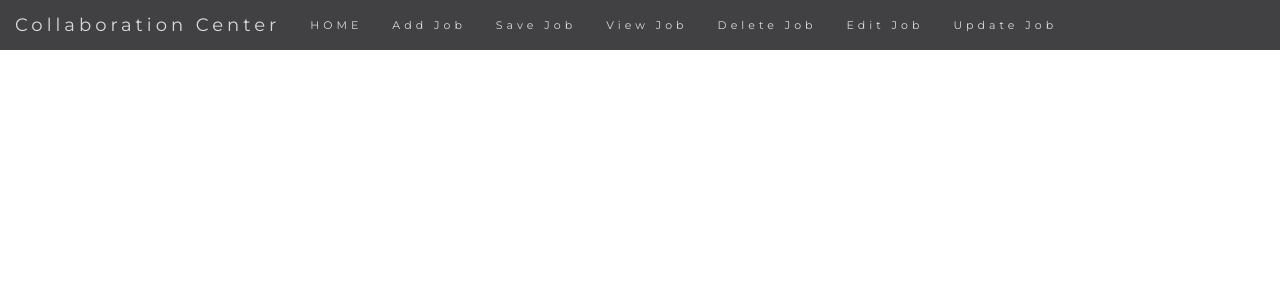
Repository: MokashiN/TestRepository
Page: http://localhost/MyChatApp/WEB-INF/views/headerUtility1.jsp
These files come from the project's save history. The page is drawn as it stood at one moment and after the next save; the edit follows.
The browser window is 1280 px wide. The pictures show the whole page.
The page is served by Tomcat 9. Nobody is signed in. The template is opened directly, without the code that normally fills it, so the values that code supplies are empty.

Above is the page before, as saved 2016-08-29 11:08:55.

After the next save:
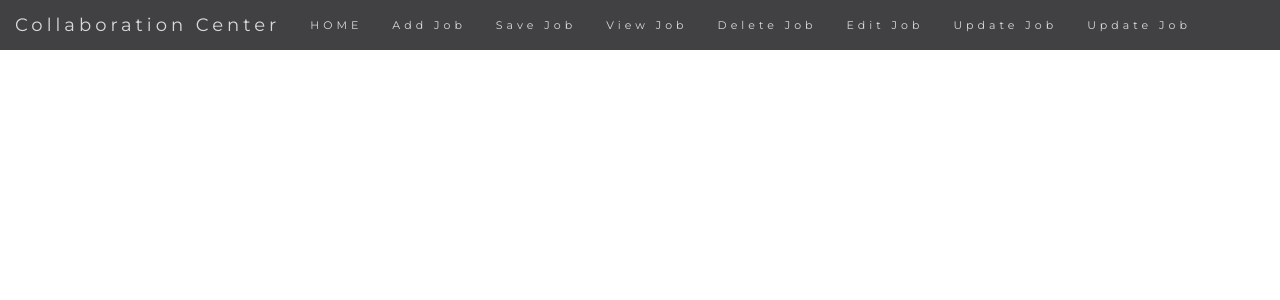
Saved 4 s later.
--- a/MyChatApp/src/main/webapp/WEB-INF/views/headerUtility1.jsp
+++ b/MyChatApp/src/main/webapp/WEB-INF/views/headerUtility1.jsp
@@ -223,6 +223,7 @@ textarea {
 							<li><a href="<c:url value='/admin/JobDelete'/>">Delete Job</a></li>
 							<li><a href="<c:url value='/admin/JobEdit'/>">Edit Job</a></li>
 							<li><a href="<c:url value='/admin/updateJob'/>">Update Job</a></li>
+							<li><a href="<c:url value='/admin/updateJob'/>">Update Job</a></li>
 
 				</ul>
 		</div>
